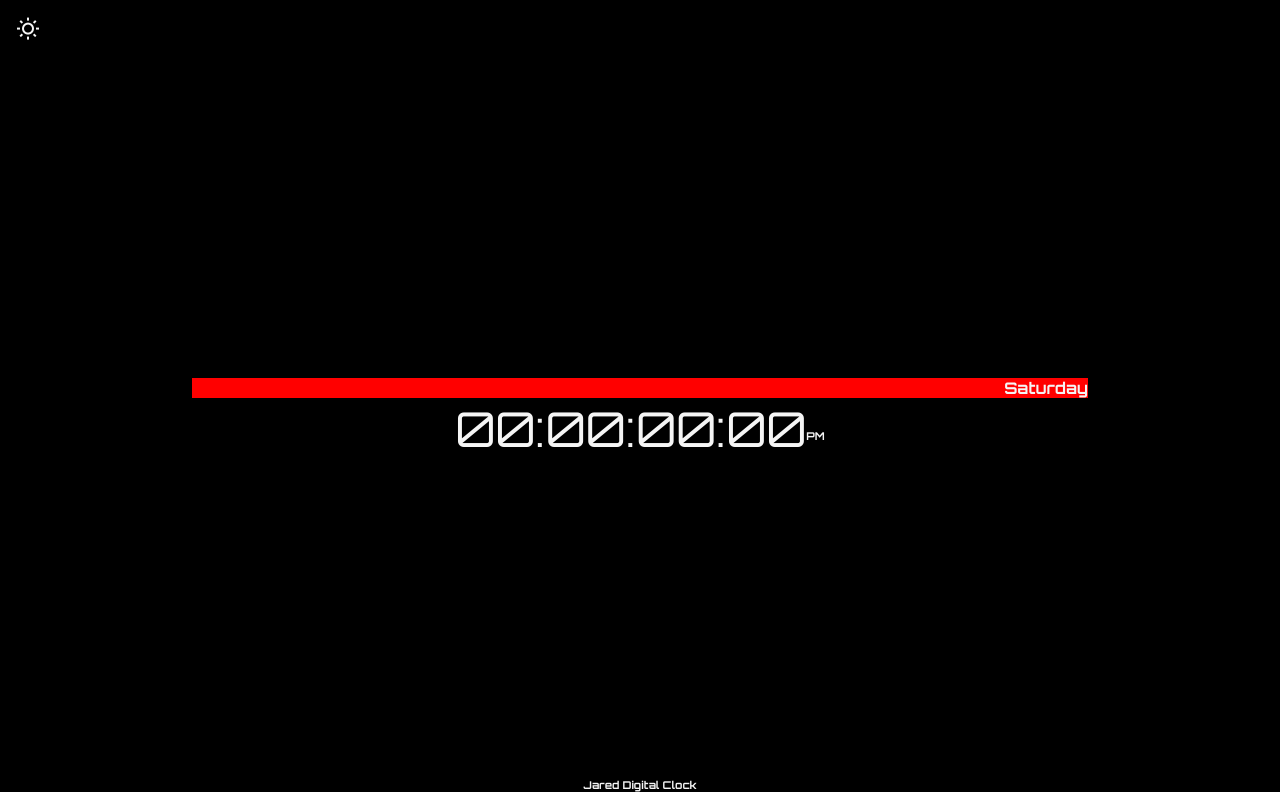
Repository: EguJaredoBoyd/Jared-Digital-Clock
Page: index.html
An editor plug-in stored every save of this project. The page is shown before and after the next save, followed by the edit.
The browser window is 1280 px wide. The pictures show the whole page.
Some web libraries are served in a nearby version.

Above is the page before, as saved 2026-01-04 22:05:07.

After the next save:
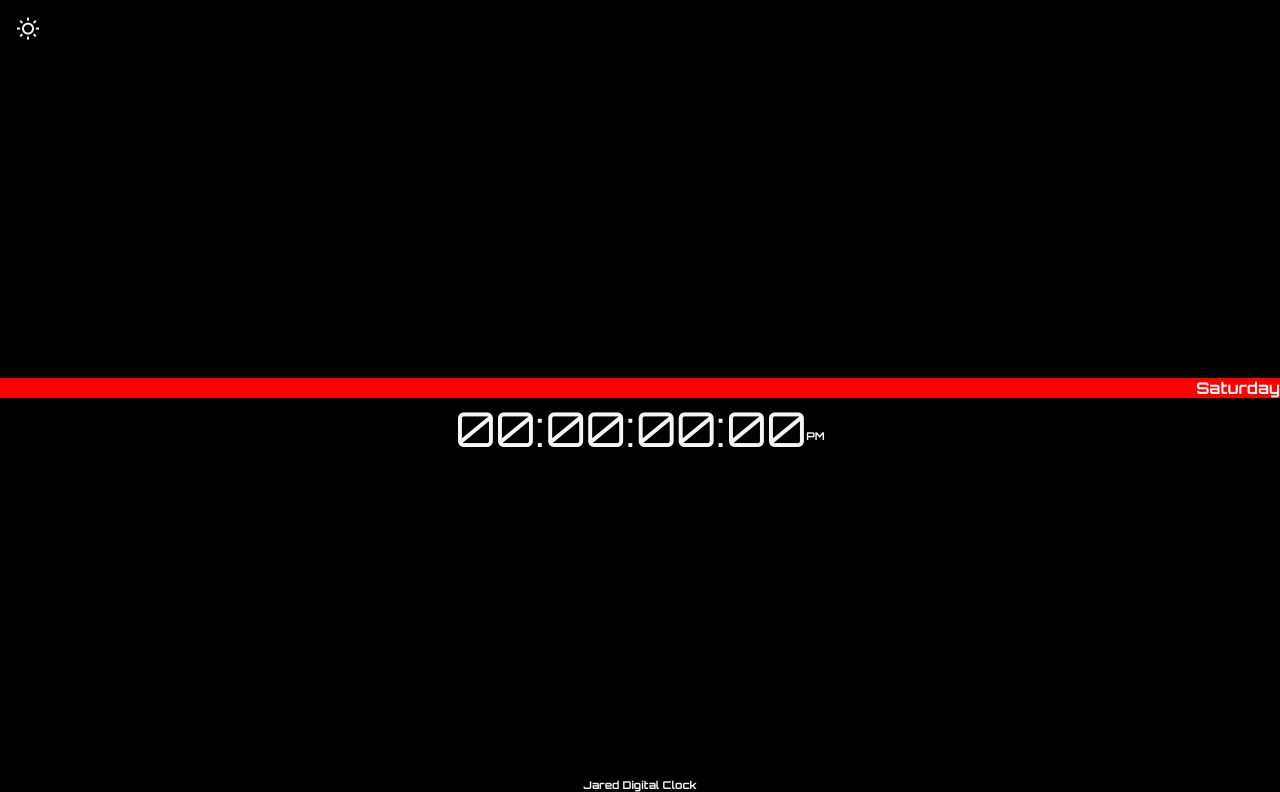
Saved 11 s later.
--- a/css/styles.css
+++ b/css/styles.css
@@ -67,7 +67,7 @@ header button i {
 }
 
 .watch-container__day {
-  width: 70vw;
+  width: 100vw;
   display: flex;
   justify-content: end;
   background-color: red;
